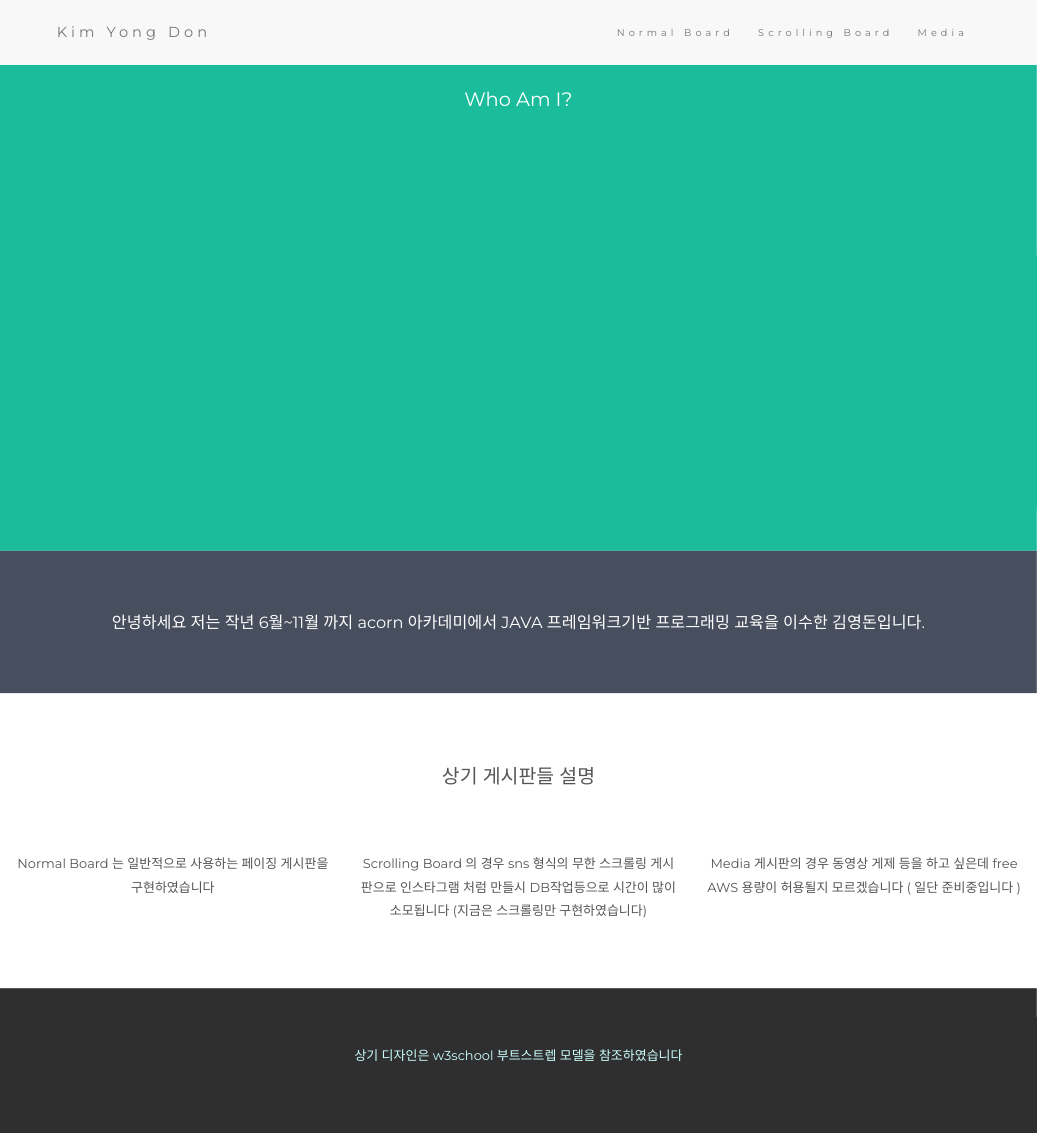
Repository: jjjikolpp/Developer
Page: http://localhost/myProject/demo.jsp
An editor plug-in stored every save of this project. The page is shown before and after the next save, followed by the edit.
The browser window is 1280 px wide. The pictures show the whole page, at 81% of full size.
Some web libraries are served in a nearby version. The page is served by Tomcat 9. Nobody is signed in. The application's start-up code is not run.

Above is the page before, as saved 2017-03-03 07:30:30.

After the next save:
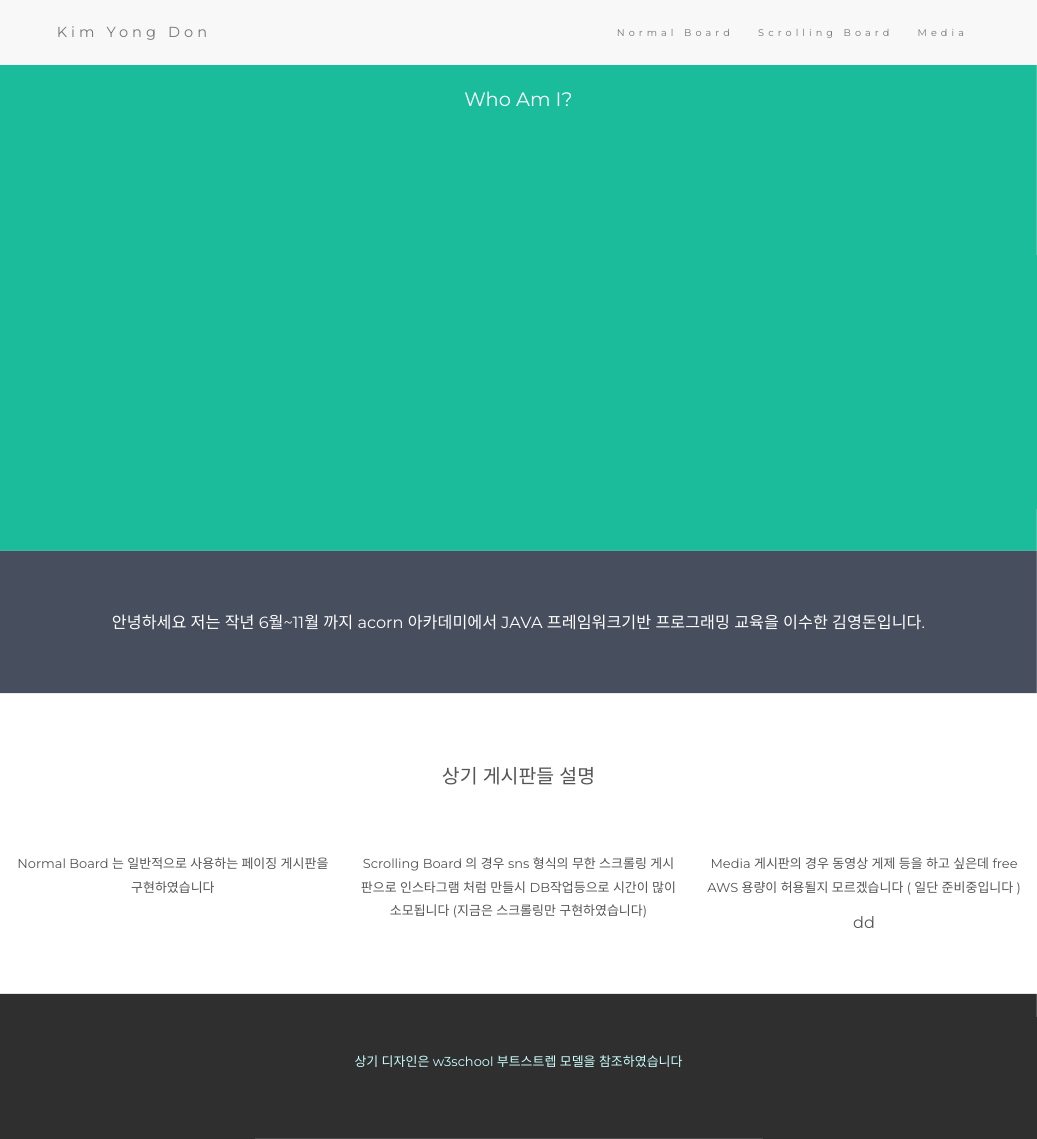
Saved 22 min 57 s later.
--- a/myProject/src/main/webapp/demo.jsp
+++ b/myProject/src/main/webapp/demo.jsp
@@ -120,6 +120,7 @@
     </div>
     <div class="col-sm-4">
       <p>Media 게시판의 경우 동영상 게제 등을 하고 싶은데 free AWS 용량이 허용될지 모르겠습니다 ( 일단 준비중입니다 )</p>
+      <form>dd</form>
 
     </div>
   </div>
